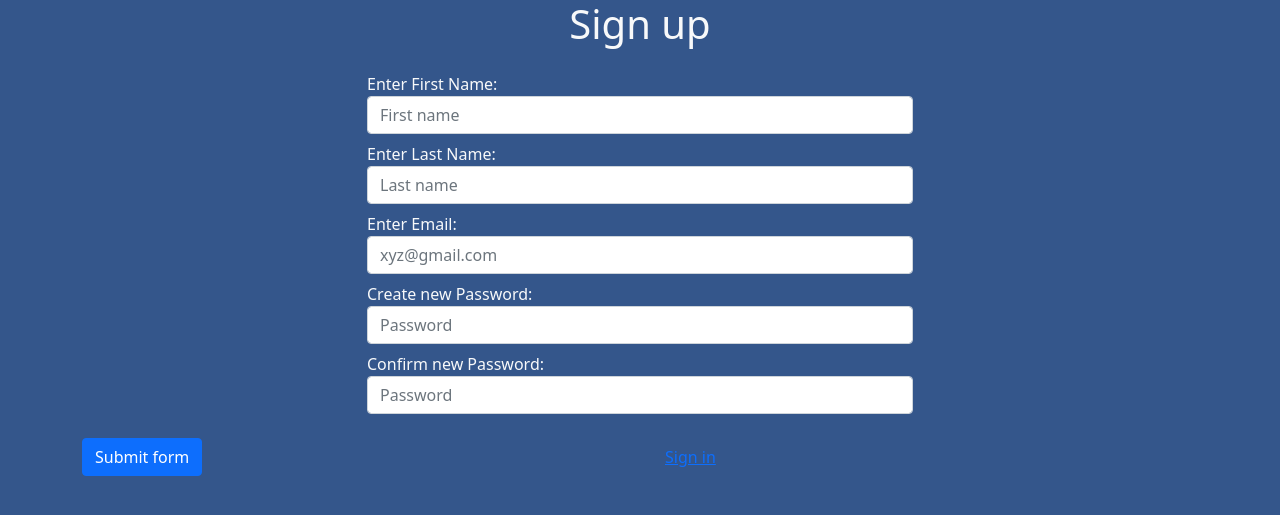
Repository: paresh-art/MyWebsite
Page: http://localhost/com.website/signup.jsp
An editor plug-in stored every save of this project. The page is shown before and after the next save, followed by the edit.
The browser window is 1280 px wide. The pictures show the whole page.
The page is served by Tomcat 9. Other server files are loaded and not shown.

Above is the page before, as saved 2022-11-07 15:13:50.

### com.website/src/main/webapp/signup.jsp
<%@ page language="java" contentType="text/html; charset=UTF-8"
	pageEncoding="UTF-8"%>
<!doctype html>
<html lang="en">
<head>
<!-- Required meta tags -->
<meta charset="utf-8">
<meta name="viewport" content="width=device-width, initial-scale=1">
<link href="styles.css" rel="mystylesheet">
<!-- Bootstrap CSS -->
<link
	href="https://cdn.jsdelivr.net/npm/bootstrap@5.0.2/dist/css/bootstrap.min.css"
	rel="stylesheet"
	integrity="sha384-EVSTQN3/azprG1Anm3QDgpJLIm9Nao0Yz1ztcQTwFspd3yD65VohhpuuCOmLASjC"
	crossorigin="anonymous">

<title>Hello, world!</title>
</head>
<body style="background-color:#34568B;">
	<div class="container">
		<h1 class="mx-auto text-center text-light">Sign up</h1>
		<form class="mt-4">
			<div class="row">
				<div class="col-lg-6 col-md-8 col-sm-12 mx-auto text-light">
					Enter First Name:<input type="text" class="form-control"
						placeholder="First name">
				</div>
			</div>

			<div class="row mt-2">
				<div class="col-lg-6 col-md-8 col-sm-12 mx-auto text-light">
					Enter Last Name:<input type="text" class="form-control"
						placeholder="Last name" >
				</div>
			</div>
			<div class="row mt-2">
				<div class="col-lg-6 col-md-8 col-sm-12 mx-auto text-light">
					Enter Email:<input type="text" class="form-control"
						placeholder="xyz@gmail.com">
				</div>
			</div>
			<div class="row mt-2">
				<div class="col-lg-6 col-md-8 col-sm-12 mx-auto text-light">
					Create new Password:<input type="password" class="form-control"
						placeholder="Password">
				</div>
			</div>
			<div class="row mt-2">
				<div class="col-lg-6 col-md-8 col-sm-12 mx-auto text-light">
					Confirm new Password:<input type="password" class="form-control"
						placeholder="Password">
				</div>
			</div>
			<br>
			<div class="row">
				<div class="col-lg-6 col-md-8 col-sm-12 mx-auto text-light">
					<button class="btn btn-primary " type="submit">Submit form</button>
				</div>
				<div class="col-lg-6 col-md-8 col-sm-12 mx-auto text-light">
					<button type="button" class="btn btn-link">Sign in</button>
				</div>

			</div>
		</form>


		<!-- Optional JavaScript; choose one of the two! -->

		<!-- Option 1: Bootstrap Bundle with Popper -->
		<script
			src="https://cdn.jsdelivr.net/npm/bootstrap@5.0.2/dist/js/bootstrap.bundle.min.js"
			integrity="sha384-MrcW6ZMFYlzcLA8Nl+NtUVF0sA7MsXsP1UyJoMp4YLEuNSfAP+JcXn/tWtIaxVXM"
			crossorigin="anonymous"></script>

		<!-- Option 2: Separate Popper and Bootstrap JS -->
		<!--
    <script src="https://cdn.jsdelivr.net/npm/@popperjs/core@2.9.2/dist/umd/popper.min.js" integrity="sha384-IQsoLXl5PILFhosVNubq5LC7Qb9DXgDA9i+tQ8Zj3iwWAwPtgFTxbJ8NT4GN1R8p" crossorigin="anonymous"></script>
    <script src="https://cdn.jsdelivr.net/npm/bootstrap@5.0.2/dist/js/bootstrap.min.js" integrity="sha384-cVKIPhGWiC2Al4u+LWgxfKTRIcfu0JTxR+EQDz/bgldoEyl4H0zUF0QKbrJ0EcQF" crossorigin="anonymous"></script>
    -->
</body>
</html>

After the next save:
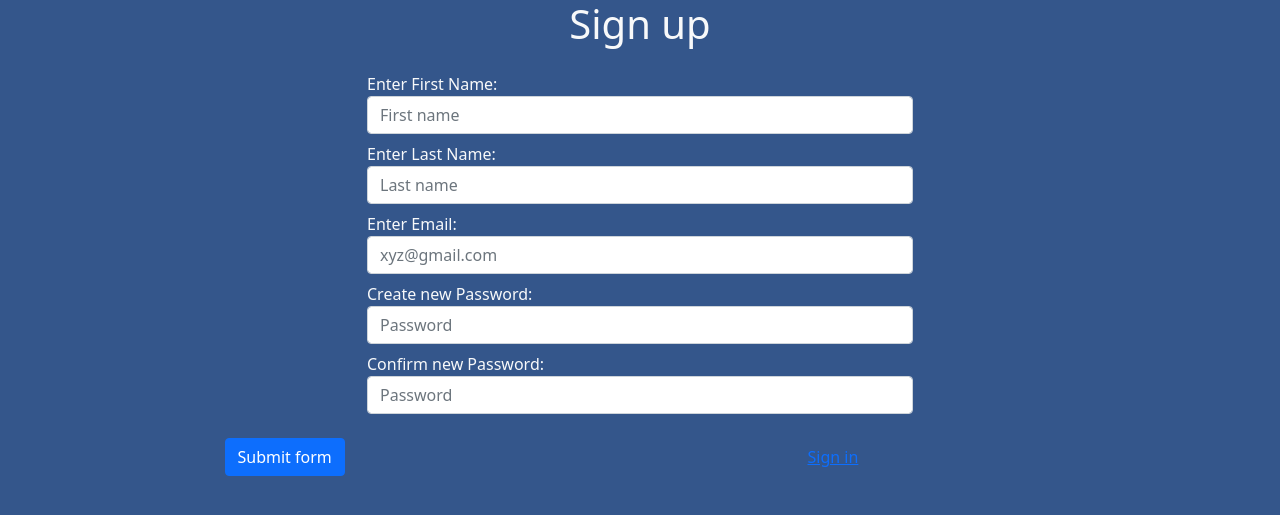
Saved 111 s later.
--- a/com.website/src/main/webapp/signup.jsp
+++ b/com.website/src/main/webapp/signup.jsp
@@ -53,10 +53,10 @@
 			</div>
 			<br>
 			<div class="row">
-				<div class="col-lg-6 col-md-8 col-sm-12 mx-auto text-light">
+				<div class="col-lg-3 col-md-8 col-sm-12 mx-auto text-ligh offset-3S">
 					<button class="btn btn-primary " type="submit">Submit form</button>
 				</div>
-				<div class="col-lg-6 col-md-8 col-sm-12 mx-auto text-light">
+				<div class="col-lg-3 col-md-8 col-sm-12 mx-auto text-light">
 					<button type="button" class="btn btn-link">Sign in</button>
 				</div>
 
